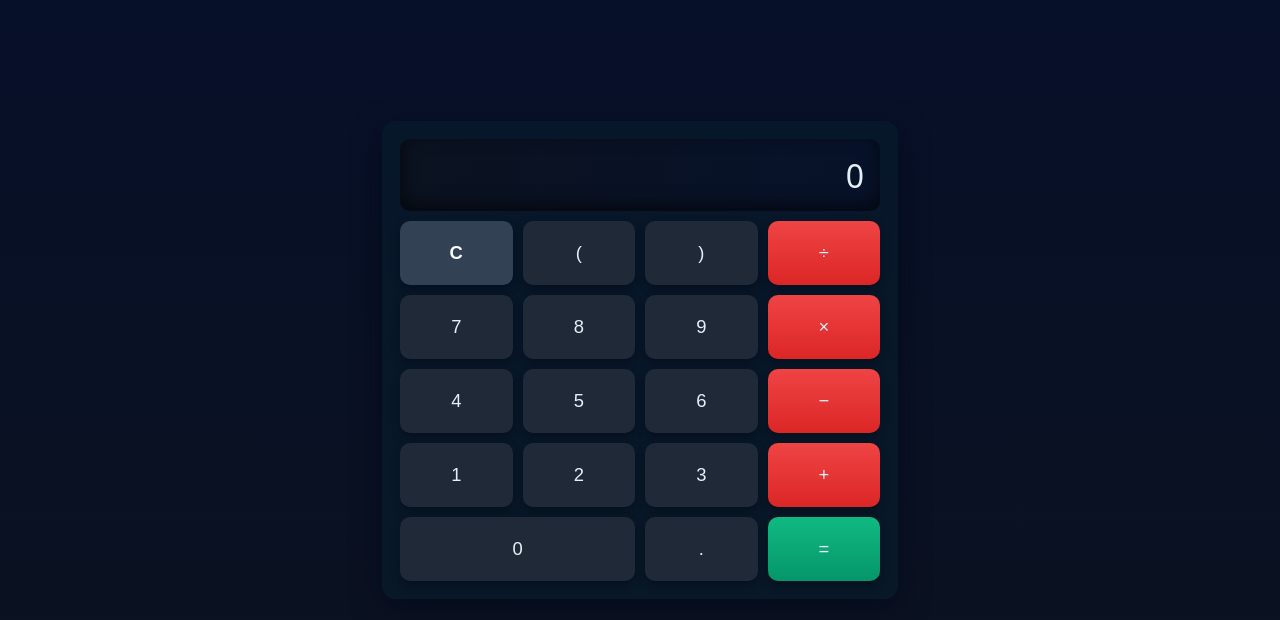
Repository: ShagunTomar2024/Frontend
Page: html/assignments/assignment2/index.html
An editor plug-in stored every save of this project. The page is shown before and after a run of saves, followed by the edit.
The browser window is 1280 px wide. The pictures show the whole page.

Above is the page before, as saved 2025-09-10 11:38:09.

### html/assignments/assignment2/index.html
<!doctype html>
<html lang="en">
<head>
<meta charset="utf-8" />
<meta name="viewport" content="width=device-width,initial-scale=1" />
<title>Grid Calculator UI (Demo)</title>
<link rel="stylesheet" href="style.css">
</head>
<body>

<div class="calculator" role="application" aria-label="Calculator">
  <div id="display" class="display" aria-live="polite">0</div>

  <!-- Row 1 -->
  <button class="btn clear" data-value="C" aria-label="Clear (C)">C</button>
  <button class="btn" data-value="(" aria-label="Left Parenthesis">(</button>
  <button class="btn" data-value=")" aria-label="Right Parenthesis">)</button>
  <button class="btn op" data-value="/" aria-label="Divide">÷</button>

  <!-- Row 2 -->
  <button class="btn" data-value="7">7</button>
  <button class="btn" data-value="8">8</button>
  <button class="btn" data-value="9">9</button>
  <button class="btn op" data-value="*" aria-label="Multiply">×</button>

  <!-- Row 3 -->
  <button class="btn" data-value="4">4</button>
  <button class="btn" data-value="5">5</button>
  <button class="btn" data-value="6">6</button>
  <button class="btn op" data-value="-" aria-label="Minus">−</button>

  <!-- Row 4 -->
  <button class="btn" data-value="1">1</button>
  <button class="btn" data-value="2">2</button>
  <button class="btn" data-value="3">3</button>
  <button class="btn op" data-value="+" aria-label="Plus">+</button>

  <!-- Row 5 -->
  <button class="btn span-2" data-value="0">0</button>
  <button class="btn" data-value=".">.</button>
  <button class="btn equal" data-value="=" aria-label="Equals">=</button>
</div>

</body>
</html>

### html/assignments/assignment2/style.css
 :root{
    --bg:#0f172a; --panel:#0b1220; --accent:#10b981; --muted:#94a3b8;
    --btn:#1f2937; --btn-op:#ef4444; --gap:10px;
  }
  body{
    margin:0; min-height:100vh; display:flex; align-items:center; justify-content:center;
    background: linear-gradient(180deg,#071029,#0b1220); font-family:system-ui,Segoe UI,Roboto,"Helvetica Neue",Arial;
    color:#e6eef8;
  }

  .calculator{
    width: min(480px, 96vw);
    background: linear-gradient(180deg,#07172a,#091827);
    padding:18px;
    border-radius:14px;
    box-shadow: 0 10px 30px rgba(2,6,23,.6);
    display: grid;
    grid-template-columns: repeat(4, minmax(60px, 1fr));   /* 4 columns */
    grid-template-rows: minmax(72px, auto) repeat(5, 64px); /* 1 display row + 5 button rows */
    gap: var(--gap);
  }

  /* Display */
  .display{
    grid-column: 1 / -1;   /* full width */
    background: linear-gradient(90deg,#0b1220,#07122a);
    border-radius:10px;
    padding: 12px 16px;
    display:flex; align-items:center; justify-content:flex-end;
    font-size: clamp(1.25rem, 3vw, 2rem);
    color: #e6eef8;
    box-shadow: inset 0 -6px 18px rgba(0,0,0,.6);
    overflow:hidden;
    word-break: break-all;
  }

  /* Buttons */
  .btn{
    border: none; outline: none;
    background: var(--btn);
    color: #e6eef8;
    font-size: 1.15rem;
    border-radius:10px;
    cursor: pointer;
    box-shadow: 0 4px 8px rgba(2,6,23,.45);
    transition: transform .08s ease, box-shadow .12s ease;
    display:flex; align-items:center; justify-content:center;
  }
  .btn:active{ transform: translateY(2px); box-shadow: 0 2px 6px rgba(2,6,23,.5); }

  .btn.op { background: linear-gradient(180deg,#ef4444,#dc2626); }
  .btn.equal { background: linear-gradient(180deg,#10b981,#059669); }

  /* Span two columns (e.g., 0) */
  .span-2 { grid-column: span 2; }

  /* small visual tweaks for clarity */
  .btn.clear { background: #334155; color: #f8fafc; font-weight:600; }

After the next 5 saves:
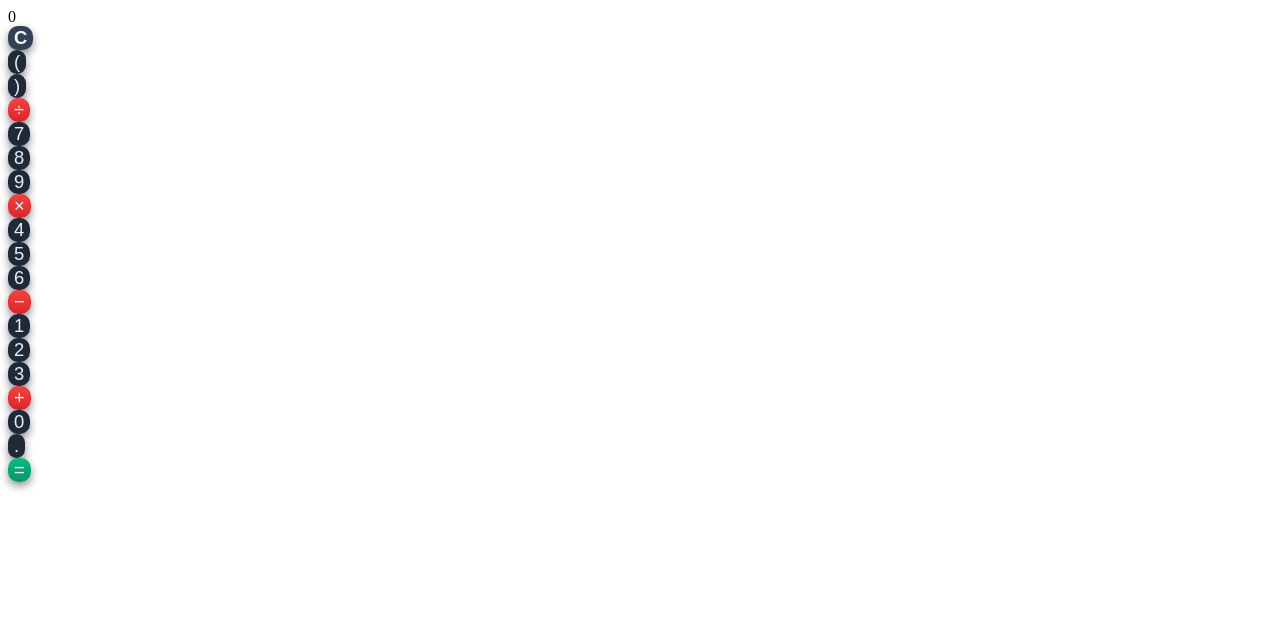
The 5 saves are shown as one change because they came seconds apart.
The last was saved 40 s later.
--- a/html/assignments/assignment2/style.css
+++ b/html/assignments/assignment2/style.css
@@ -2,7 +2,7 @@
     --bg:#0f172a; --panel:#0b1220; --accent:#10b981; --muted:#94a3b8;
     --btn:#1f2937; --btn-op:#ef4444; --gap:10px;
   }
-  body{
+ /*body{
     margin:0; min-height:100vh; display:flex; align-items:center; justify-content:center;
     background: linear-gradient(180deg,#071029,#0b1220); font-family:system-ui,Segoe UI,Roboto,"Helvetica Neue",Arial;
     color:#e6eef8;
